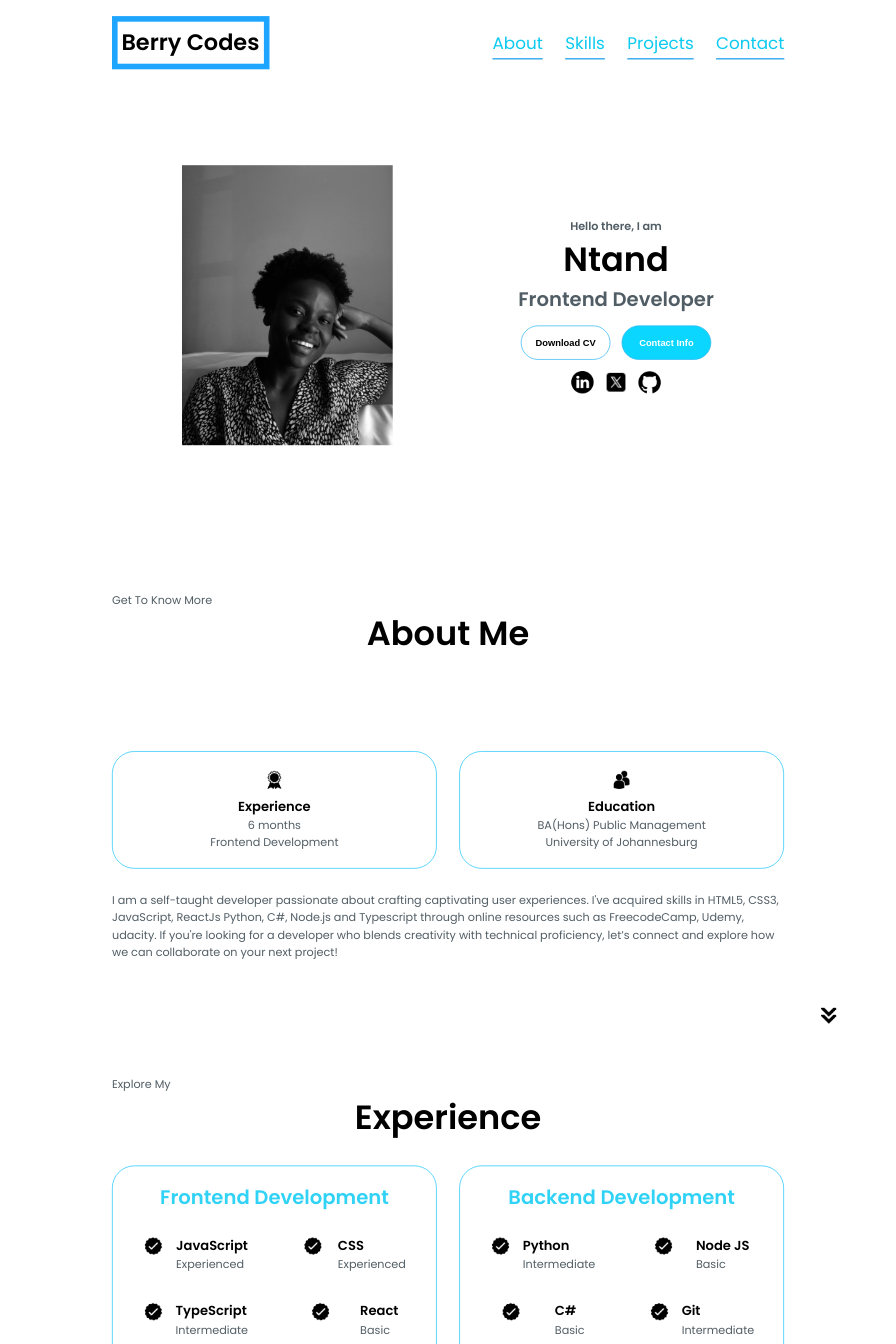
Repository: ntandomagana/FS-Dev-Portfolio
Page: index.html
These files come from the project's save history. The page is drawn as it stood at one moment and after the next save; the edit follows.
The browser window is 1280 px wide. The pictures show the part of the page from y = 0 to 1920 px (the page is 3177 px tall), at 70% of full size.

Above is the page before, as saved 2024-05-06 11:34:37.

### index.html
<!DOCTYPE html>
<html lang="en">
  <head>
    <meta charset="UTF-8" />
    <meta http-equiv="X-UA-Compatible" content="IE=edge" />
    <meta name="viewport" content="width=device-width, initial-scale=1.0" />
    <title>My Portfolio</title>
    <link rel="stylesheet" href="style.css" />
    <link rel="stylesheet" href="mediaqueries.css" />
  </head>
  <body>
    <nav id="desktop-nav">
      <div class="logo">Berry Codes</div>
      <div>
        <ul class="nav-links">
          <li><a href="#about">About</a></li>
          <li><a href="#experience">Skills</a></li>
          <li><a href="#projects">Projects</a></li>
          <li><a href="#contact">Contact</a></li>
        </ul>
      </div>
    </nav>
    <nav id="hamburger-nav">
      <div class="logo">Coding Berry</div>
      <div class="hamburger-menu">
        <div class="hamburger-icon" onclick="toggleMenu()">
          <span></span>
          <span></span>
          <span></span>
        </div>
        <div class="menu-links">
          <li><a href="#about" onclick="toggleMenu()">About</a></li>
          <li><a href="#experience" onclick="toggleMenu()">Skills</a></li>
          <li><a href="#projects" onclick="toggleMenu()">Projects</a></li>
          <li><a href="#contact" onclick="toggleMenu()">Contact</a></li>
        </div>
      </div>
    </nav>
    <section id="profile">
      <div class="section-pic-container">
        <img src="./assets/bwpp.jpg" alt="profile picture" />
      </div>
      <div class="section-text">
        <p class="section-text-p1">Hello there, I am</p>

        <h1 class="title"><span id="typed-text"></span></h1>

        <p class="section-text-p2">Frontend Developer</p>
        <div class="btn-container">
          <button
            class="btn btn-color-2"
            onclick="window.open('./assets/NP Magana - Web Developer.pdf')"
          >
            Download CV
          </button>
          <button class="btn btn-color-1" onclick="location.href='./#contact'">
            Contact Info
          </button>
        </div>
        <div id="socials-container">
          <img
            src="./assets/linkedin.png"
            alt="My LinkedIn profile"
            class="icon"
            onclick="location.href='https://www.linkedin.com/in/ntandoyenkosi-magana-/'"
          />

          <img
            src="./assets/icons8-twitterx-50.png"
            alt="My Twitter profile"
            class="icon"
            onclick="location.href='https://twitter.com/'"
          />
          <img
            src="./assets/github.png"
            alt="My Github profile"
            class="icon"
            onclick="location.href='https://github.com/ntandomagana'"
          />
        </div>
      </div>
    </section>
    <section id="about">
      <p class="section__text__p1">Get To Know More</p>
      <h1 class="title">About Me</h1>
      <div class="section-container">
        <div class="about-details-container">
          <div class="about-containers">
            <div class="details-container">
              <img
                src="./assets/experience.png"
                alt="Experience icon"
                class="icon"
              />
              <h3>Experience</h3>
              <p>6 months <br />Frontend Development</p>
            </div>
            <div class="details-container">
              <img
                src="./assets/education.png"
                alt="Education icon"
                class="icon"
              />
              <h3>Education</h3>
              <p>BA(Hons) Public Management <br />University of Johannesburg</p>
            </div>
          </div>
          <div class="text-container">
            <p>
              I am a self-taught developer passionate about crafting captivating
              user experiences. I've acquired skills in HTML5, CSS3, JavaScript,
              ReactJs Python, C#, Node.js and Typescript through online
              resources such as FreecodeCamp, Udemy, udacity. If you're looking
              for a developer who blends creativity with technical proficiency,
              let’s connect and explore how we can collaborate on your next
              project!
            </p>
          </div>
        </div>
      </div>
      <img
        src="./assets/arrow.png"
        alt="Arrow icon"
        class="icon arrow"
        onclick="location.href='./#experience'"
      />
    </section>
    <section id="experience">
      <p class="section__text__p1">Explore My</p>
      <h1 class="title">Experience</h1>
      <div class="experience-details-container">
        <div class="about-containers">
          <div class="details-container">
            <h2 class="experience-sub-title">Frontend Development</h2>
            <div class="article-container">
              <article>
                <img
                  src="./assets/checkmark.png"
                  alt="Experience icon"
                  class="icon"
                />
                <div>
                  <h3>JavaScript</h3>
                  <p>Experienced</p>
                </div>
              </article>
              <article>
                <img
                  src="./assets/checkmark.png"
                  alt="Experience icon"
                  class="icon"
                />
                <div>
                  <h3>CSS</h3>
                  <p>Experienced</p>
                </div>
              </article>
              <article>
                <img
                  src="./assets/checkmark.png"
                  alt="Experience icon"
                  class="icon"
                />
                <div>
                  <h3>TypeScript</h3>
                  <p>Intermediate</p>
                </div>
              </article>
              <article>
                <img
                  src="./assets/checkmark.png"
                  alt="Experience icon"
                  class="icon"
                />
                <div>
                  <h3>React</h3>
                  <p>Basic</p>
                </div>
              </article>
              <article></article>
            </div>
          </div>
          <div class="details-container">
            <h2 class="experience-sub-title">Backend Development</h2>
            <div class="article-container">
              <article>
                <img
                  src="./assets/checkmark.png"
                  alt="Experience icon"
                  class="icon"
                />
                <div>
                  <h3>Python</h3>
                  <p>Intermediate</p>
                </div>
              </article>
              <article>
                <img
                  src="./assets/checkmark.png"
                  alt="Experience icon"
                  class="icon"
                />
                <div>
                  <h3>Node JS</h3>
                  <p>Basic</p>
                </div>
              </article>
              <article>
                <img
                  src="./assets/checkmark.png"
                  alt="Experience icon"
                  class="icon"
                />
                <div>
                  <h3>C#</h3>
                  <p>Basic</p>
                </div>
              </article>
              <article>
                <img
                  src="./assets/checkmark.png"
                  alt="Experience icon"
                  class="icon"
                />
                <div>
                  <h3>Git</h3>
                  <p>Intermediate</p>
                </div>
              </article>
            </div>
          </div>
        </div>
      </div>
      <img
        src="./assets/arrow.png"
        alt="Arrow icon"
        class="icon arrow"
        onclick="location.href='./#projects'"
      />
    </section>
    <section id="projects">
      <p class="section__text__p1">View My Recent</p>
      <h1 class="title">Projects</h1>
      <div class="experience-details-container">
        <div class="about-containers">
          <div class="details-container color-container">
            <div class="article-container">
              <img
                src="./assets/coming soon.jpg"
                alt="Project 1"
                class="project-img"
              />
            </div>
            <h2 class="experience-sub-title project-title">Project One</h2>
            <div class="btn-container">
              <button
                class="btn btn-color-2 project-btn"
                onclick="location.href='https://github.com/'"
              >
                Github
              </button>
            </div>
          </div>
          <div class="details-container color-container">
            <div class="article-container">
              <img
                src="./assets/coming soon.jpg"
                alt="Project 2"
                class="project-img"
              />
            </div>
            <h2 class="experience-sub-title project-title">Project Two</h2>
            <div class="btn-container">
              <button
                class="btn btn-color-2 project-btn"
                onclick="location.href='https://github.com/'"
              >
                Github
              </button>
            </div>
          </div>
          <div class="details-container color-container">
            <div class="article-container">
              <img
                src="./assets/coming soon.jpg"
                alt="Project 3"
                class="project-img"
              />
            </div>
            <h2 class="experience-sub-title project-title">Project Three</h2>
            <div class="btn-container">
              <button
                class="btn btn-color-2 project-btn"
                onclick="location.href='https://github.com/'"
              >
                Github
              </button>
            </div>
          </div>
        </div>
      </div>
      <img
        src="./assets/arrow.png"
        alt="Arrow icon"
        class="icon arrow"
        onclick="location.href='./#contact'"
      />
    </section>
    <section id="contact">
      <p class="section__text__p1">Get in Touch</p>
      <h1 class="title">Contact Me</h1>
      <div class="contact-info-upper-container">
        <div class="contact-info-container">
          <img
            src="./assets/email.png"
            alt="Email icon"
            class="icon contact-icon email-icon"
          />
          <p>
            <a href="mailto:ntandomagana@gmail.com">ntandomagana@gmail.com</a>
          </p>
        </div>
        <div class="contact-info-container">
          <img
            src="./assets/linkedin.png"
            alt="LinkedIn icon"
            class="icon contact-icon"
          />
          <p><a href="https://www.linkedin.com">LinkedIn</a></p>
        </div>
      </div>
    </section>
    <footer>
      <nav>
        <div class="nav-links-container">
          <ul class="nav-links">
            <li><a href="#about">About</a></li>
            <li><a href="#experience">Skills</a></li>
            <li><a href="#projects">Projects</a></li>
            <li><a href="#contact">Contact</a></li>
          </ul>
        </div>
      </nav>
      <p>Copyright &#169; 2023 Ntando Magana. All Rights Reserved.</p>
    </footer>
    <script src="script.js"></script>
  </body>
</html>

### style.css
@import url("https://fonts.googleapis.com/css2?family=Poppins:wght@300;400;500;600&display=swap");

* {
  margin: 0;
  padding: 0;
}

body {
  font-family: "Poppins", sans-serif;
}

html {
  scroll-behavior: smooth;
}

p {
  color: #515d65;
}

section {
  margin-bottom: 2px;
}

a,
.btn {
  transition: all 300ms ease;
}

nav,
.nav-links {
  display: flex;
}

nav {
  justify-content: space-around;
  align-items: center;
  height: 17vh;
}

.nav-links {
  gap: 2rem;
  list-style-type: none;
  font-size: 1.5rem;
}

a {
  color: rgb(11, 202, 240);
  text-decoration: underline;
  text-underline-offset: 0.8rem;
  text-decoration-color: rgb(51, 169, 237);
}

.logo {
  font-size: 2rem;
}

.logo:hover {
  cursor: default;
}

#hamburger-nav {
  display: none;
}

.hamburger-menu {
  position: relative;
  display: inline-block;
}

.hamburger-icon {
  display: flex;
  flex-direction: column;
  justify-content: space-between;
  height: 24px;
  width: 30px;
  cursor: pointer;
}



.hamburger-icon span {
  width: 100%;
  height: 2px;
  background-color: rgb(9, 255, 255);
  transition: all 0.3 ease-in-out;
}

.menu-links {
  position: absolute;
  top: 100%;
  right: 0;
  background-color: white;
  width: fit-content;
  max-height: 0;
  overflow: hidden;
  transition: all 0.3 ease-in-out;
}

.menu-links a {
  display: block;
  padding: 10px;
  text-align: center;
  font-size: 1.5rem;
  color: rgb(15, 224, 231);
  text-decoration: none;
  transition: all 0.3 ease-in-out;
}

.menu-links li {
  list-style-type: none;
}

.menu-links.open {
  max-height: 300px;
}

.hamburger-icon.open span:first-child {
  transform: rotate(45deg) translate(10px, 5px);
}

.hamburger-icon.open span:nth-child(2) {
  opacity: 0;
}

.hamburger-icon.open span:last-child {
  transform: rotate(-45deg) translate(10px, -5px);
}

.hamburger-icon span:first-child {
  transform: none;
}

.hamburger-icon span:first-child {
  opacity: 1;
}

.hamburger-icon span:first-child {
  transform: none;
}

section {
  padding-top: 4vh;
  height: 96vh;
  margin: 0 10rem;
  box-sizing: border-box;
  min-height: fit-content;
}

.section-container {
  display: flex;
}

#profile {
  display: flex;
  justify-content: center;
  gap: 5rem;
  height: 80vh;
}

.section-pic-container {
  display: flex;
  height: 400px;
  width: 400px;
  margin: auto 0;
}

.section-text {
  align-self: center;
  text-align: center;
}

.section-text p {
  font-weight: 600;
}

.section-text-p1 {
  text-align: center;
}

.section-text-p2 {
  font-size: 1.75rem;
  margin-bottom: 1rem;
}

.title {
  font-size: 3rem;
  text-align: center;
}

#socials-container {
  display: flex;
  justify-content: center;
  margin-top: 1rem;
  gap: 1rem;
}

.icon {
  cursor: pointer;
  height: 2rem;
}

/* BUTTONS */

.btn-container {
  display: flex;
  justify-content: center;
  gap: 1rem;
}

.btn {
  font-weight: 600;
  transition: all 300ms ease;
  padding: 1rem;
  width: 8rem;
  border-radius: 2rem;
}

.btn-color-1,
.btn-color-2 {
  border: rgb(43, 182, 241) 0.1rem solid;
}

.btn-color-1:hover,
.btn-color-2:hover {
  cursor: pointer;
}

.btn-color-1,
.btn-color-2:hover {
  background: rgb(11, 214, 255);
  color: white;
}

.btn-color-1:hover {
  background: rgb(83, 215, 232);
}

.btn-color-2 {
  background: none;
}

.btn-color-2:hover {
  border: rgb(26, 210, 243) 0.2rem solid;
}

.btn-container {
  gap: 1rem;
}

/* ABOUT SECTION */

#about {
  position: relative;
}

.about-containers {
  gap: 2rem;
  margin-bottom: 2rem;
  margin-top: 2rem;
}

.about-details-container {
  justify-content: center;
  flex-direction: column;
}

.about-containers,
.about-details-container {
  display: flex;
}

.arrow {
  position: absolute;
  right: -5rem;
  bottom: 2.5rem;
}

.details-container {
  padding: 1.5rem;
  flex: 1;
  background: white;
  border-radius: 2rem;
  border: rgb(34, 174, 239) 0.1rem solid;
  border-color: rgb(28, 197, 249);
  text-align: center;
}

.section-container {
  gap: 4rem;
  height: 80%;
}

.section__pic-container {
  height: 400px;
  width: 400px;
  margin: auto 0;
}

/* EXPERIENCE SECTION */

#experience {
  position: relative;
}

.experience-sub-title {
  color: rgb(48, 210, 246);
  font-weight: 600;
  font-size: 1.75rem;
  margin-bottom: 2rem;
}

.experience-details-container {
  display: flex;
  justify-content: center;
  flex-direction: column;
}

.article-container {
  display: flex;
  text-align: initial;
  flex-wrap: wrap;
  flex-direction: row;
  gap: 2.5rem;
  justify-content: space-around;
}

article {
  display: flex;
  width: 10rem;
  justify-content: space-around;
  gap: 0.5rem;
}

article .icon {
  cursor: default;
}

/* PROJECTS SECTION */

#projects {
  position: relative;
}

.color-container {
  border-color: rgb(21, 220, 255);
  background: rgb(250, 250, 250);
}

.project-img {
  border-radius: 2rem;
  width: 90%;
  height: 90%;
}

.project-title {
  margin: 1rem;
  color: #00bbf0;
}

.project-btn {
  color: #00bbf0;
  border-color: rgb(18, 217, 252);
}

/* CONTACT */

#contact {
  display: flex;
  justify-content: center;
  flex-direction: column;
  height: 70vh;
}

.contact-info-upper-container {
  display: flex;
  justify-content: center;
  border-radius: 2rem;
  border: rgb(16, 220, 242) 0.1rem solid;
  border-color: rgb(19, 211, 250);
  background: (250, 250, 250);
  margin: 2rem auto;
  padding: 0.5rem;
}

.contact-info-container {
  display: flex;
  align-items: center;
  justify-content: center;
  gap: 0.5rem;
  margin: 1rem;
}

.contact-info-container p {
  font-size: larger;
}

.contact-icon {
  cursor: default;
}

.email-icon {
  height: 2.5rem;
}

footer {
  height: 26vh;
  margin: 0 1rem;
}

footer p {
  text-align: center;
}

/* Add this CSS to your existing style.css or create a new style tag in the head of your HTML */

/* Bold, underline, and bubble effect for the logo */
.logo {
  font-weight: bold;
  text-decoration: wavy;
  display: inline-block;
  position: relative;
  border: 8px solid #1ea5ff; /* Adjust the border thickness and color as needed */
  padding: 6px; /* Adjust the padding as needed */
}

.logo::after {
  content: "";
  position: absolute;
  width: 100%;
  height: 0;
  bottom: 0;
  left: 0;
  opacity: 0;
  border-bottom: 2px solid #fff;
  animation: bubble 0.5s infinite ease-in-out;
}

@keyframes bubble {
  0% {
    height: 0;
    opacity: 0;
  }
  50% {
    height: 100%;
    opacity: 1;
  }
  100% {
    height: 0;
    opacity: 0;
  }
}

### mediaqueries.css
@media screen and (max-width: 1400px) {
    #profile {
        height: 83vh;
        margin-bottom: 6rem;
    }

    .about-containers {
        flex-wrap: wrap;
    }

    #contact,
    #projects {
        height: fit-content;
    }
}

@media screen and (max-width: 1200px) {
    #desktop-nav {
        display: none;
    }

    #hamburger-nav {
        display: flex;
    }

    #experience,
    .experience-details-container {
        margin-top: 2rem;

    }

    #profile,
    .section-container {
        display: block;
    }

    .arrow {
        display: none;
    }

    section,
    .section-container {
        height: fit-content;
    }

    section {
        margin: 0.5%;
    }

    .section-pic-container {
        width: 27spx;
        height: 275px;
        margin: 0 auto 2rem;
    }

    .about-containers {
        margin-top: 0;
    }
}

@media screen and (max-width:600px) {
    #contact,
    footer {
        height: 40vh;
    }

    #profile {
        height: 38vh;
        margin-bottom: 0;
    }

    article {
        font-size: 1rem;
    }

    footer nav {
        height: fit-content;
        margin-bottom: 2rem;
    }
    .about-containers,
    .contact-info-upper-container,
    .btn-container {
    flex-wrap: wrap;
  }

  .contact-info-container {
    margin: 0;
  }

  .contact-info-container p,
  .nav-links li a {
    font-size: 1rem;
  }

  .experience-sub-title {
    font-size: 1.25rem;
  }
  .logo {
    font-size: 1.5rem;
  }
  .nav-links {
    flex-direction: column;
    gap: 0.5rem;
    text-align: center;
  }
  .section__pic-container {
    width: auto;
    height: 46vw;
    justify-content: center;
  }
  .section__text__p2 {
    font-size: 1.25rem;
  }
  .title {
    font-size: 2rem;
  }
  .text-container {
    text-align: justify;
  }
}
}

### script.js
function toggleMenu() {
  const menu = document.querySelector(".menu-links");
  const icon = document.querySelector(".hamburger-icon");
  menu.classList.toggle("open");
  icon.classList.toggle("open");
}

//Javascript for looped typing effect
const typedText = document.getElementById("typed-text");
const textToType = 'Ntando Magana';

function typeText() {
  let index = 0;

  function type() {
    if (index < textToType.length) {
      typedText.innerHTML += textToType.charAt(index);
      index++;
      setTimeout(type, 200); // typing speed in milliseconds
    } else {
      setTimeout(erase, 300); // wait before erasing
    }
  }

  function erase() {
    if (typedText.innerHTML.length > 0) {
      typedText.innerHTML = typedText.innerHTML.slice(0, -1);
      setTimeout(erase, 300); //erasing speed in ms
    } else {
      index = 0; //Reset index for next typing cycle
      setTimeout(type, 200); // wait before typing again
    }
  }

  type(); // start typing
}

window.onload = typeText;

After the next save:
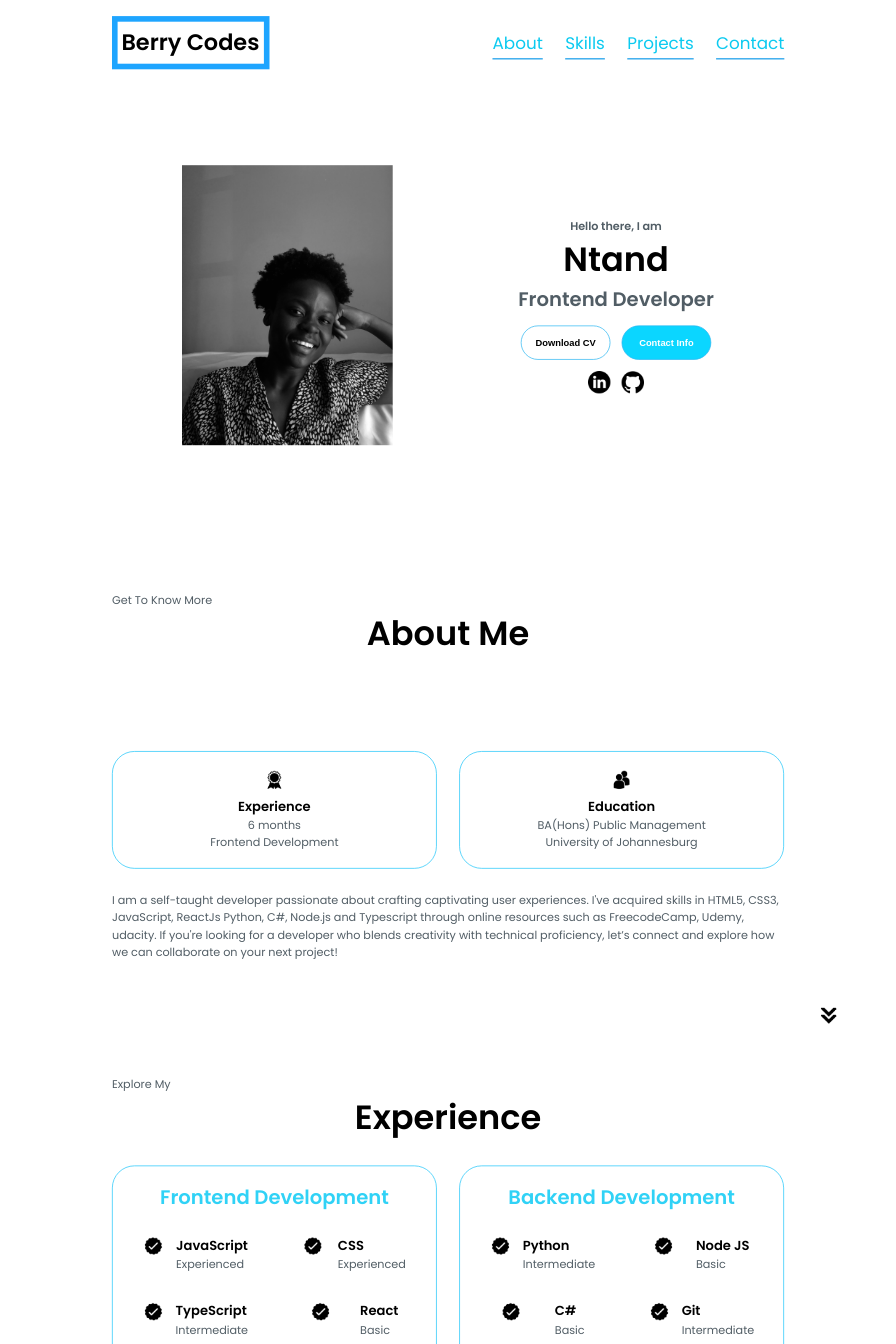
Saved 45 s later.
--- a/index.html
+++ b/index.html
@@ -64,6 +64,7 @@
             class="icon"
             onclick="location.href='https://www.linkedin.com/in/ntandoyenkosi-magana-/'"
           />
+          <! --
 
           <img
             src="./assets/icons8-twitterx-50.png"
